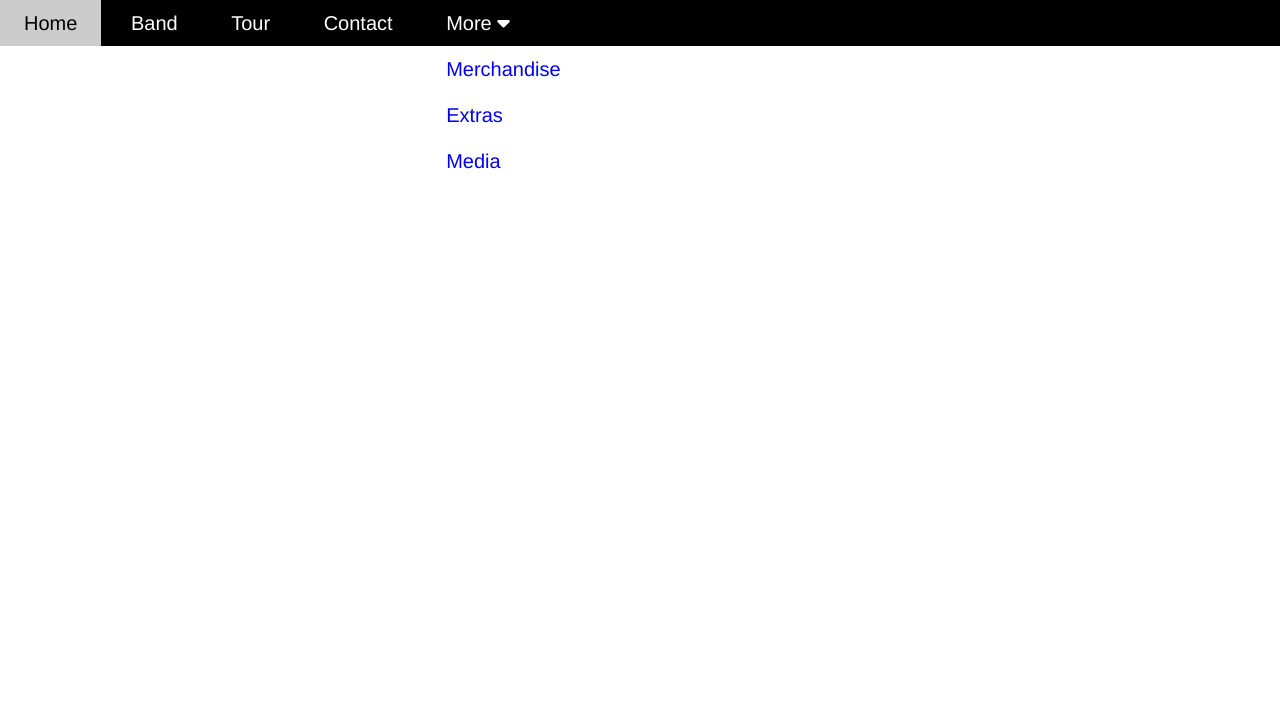
Repository: nugort/nugort.github.io
Page: f8/the-band/index.html
The author's editor kept a copy of each file at every save. The page is drawn from the files as they stood at one save, then again after the next save.
The browser window is 1280 px wide. The pictures show the whole page.
Some web libraries are served in a nearby version.

Above is the page before, as saved 2022-02-07 04:32:59.

### f8/the-band/index.html
<!DOCTYPE html>
<html lang="en">

<head>
    <meta charset="UTF-8">
    <meta http-equiv="X-UA-Compatible" content="IE=edge">
    <meta name="viewport" content="width=device-width, initial-scale=1.0">
    <title>Document</title>
    <script src="https://kit.fontawesome.com/28e152e343.js" crossorigin="anonymous"></script>
    <link rel="stylesheet" href="./assets/css/styles.css">
</head>

<body>
    <div id="main">
        <div id="header">
            <ul id="nav">
                <li>
                    <a href="#">Home</a>
                </li>

                <li>
                    <a href="#">Band</a>
                </li>

                <li>
                    <a href="#">Tour</a>
                </li>

                <li>
                    <a href="#">Contact</a>
                </li>

                <li>
                    <a href="#">More <i class="fas fa-caret-down"></i></a>
                    <ul class="subnav">
                        <li>
                            <a href="#">Merchandise</a>
                        </li>

                        <li>
                            <a href="#">Extras</a>
                        </li>

                        <li>
                            <a href="#">Media</a>
                        </li>
                    </ul>
                </li>
            </ul>
        </div>

        <div id="slider">

        </div>

        <div id="content">

        </div>

        <div id="footer">

        </div>
    </div>
</body>

</html>

### f8/the-band/assets/css/styles.css
/* 3 kiểu dùng css
- inline (phèn)
- internal (cũng phèn)
-external (đúng đúng đúng) */

/* Các đơn vị hay dùng
* Absolute units
- px
- pt
- cm
- mm
- inch
- picture

* Relative units
- %
- rem (bằng kích cỡ chữ của thẻ html - mặc định là 16px)
- em  (bằng kích cỡ chữ của thẻ cha chứa nó gần nhất có set font-size)
- vw (chiều rộng bằng chiều ngang của màn hình hiển thị)
- vh (chiều cao bằng chiều dọc của màn hình hiển thị) */

/* Hàm trong css
- var(): gọi biến vào
- linearGradient()
- rgba()
- rgb
- calc(): tính toán
- attr() */

/* Pseudo-classes (lớp giả) */

:root {
    --text-color: #FFFFFF;
    --background-color: #00171F;
    --button-color: #003459;
    --other-color: #007EA7;
    --button-2nd-color: #00A8E8;
}  /* Đặt biến giống trong ngôn ngữ lập trình khác thôi =))) */

* {
    box-sizing: border-box;
    margin: 0;
    padding: 0;
} /* reset css */

html {
    font-family: Helvetica, sans-serif;
    font-size: 20px;
}
/*
Chọn cùng lúc nhiều Class, ID đưa qua css
Bôi đen điểm chung -> CTRL +  SHIFT + L -> Mũi tên qua phải ( > ) -> CTRL + SHIFT + ( > ) -> CTRL + C
-> Qua file css paste -> ALT + CLICK  -> # -> CTRL + ( > ) -> {}
 */

/*
1. Làm từ ngoài vào trong
2. Làm từ trên xuống dưới
3. Từ tổng quan đến chi tiết
*/

/*
1. Vị trí (Vị trí các phần; Header, Content, ...)
2. Kích thước
3. Màu sắc
4. Styles (Fonts chữ, tròn, vuông, ...)
*/

#main{

}

#header{
    background-color: black;
    height: 46px;
}

#nav li {
    display: inline-block;
    position: relative;
}

#nav> li > a {
    color: #FFFFFF;
}

#nav li a {
    text-decoration: none;
    line-height: 46px;
    padding: 0px 24px;
    /* padding: 12px 24px; */
}

#nav li:hover a {
    display: inline-block;
    color: #000;
    background-color: #CCC;
}

#nav .subnav {
    /* display: none; */
    position: absolute;
    background-color: #FFF;
    color: #000;
}

#nav .subnav

#slider {
    height: 100vh;
    background-color: #333;
}

#content {

}

#footer {

}

After the next save:
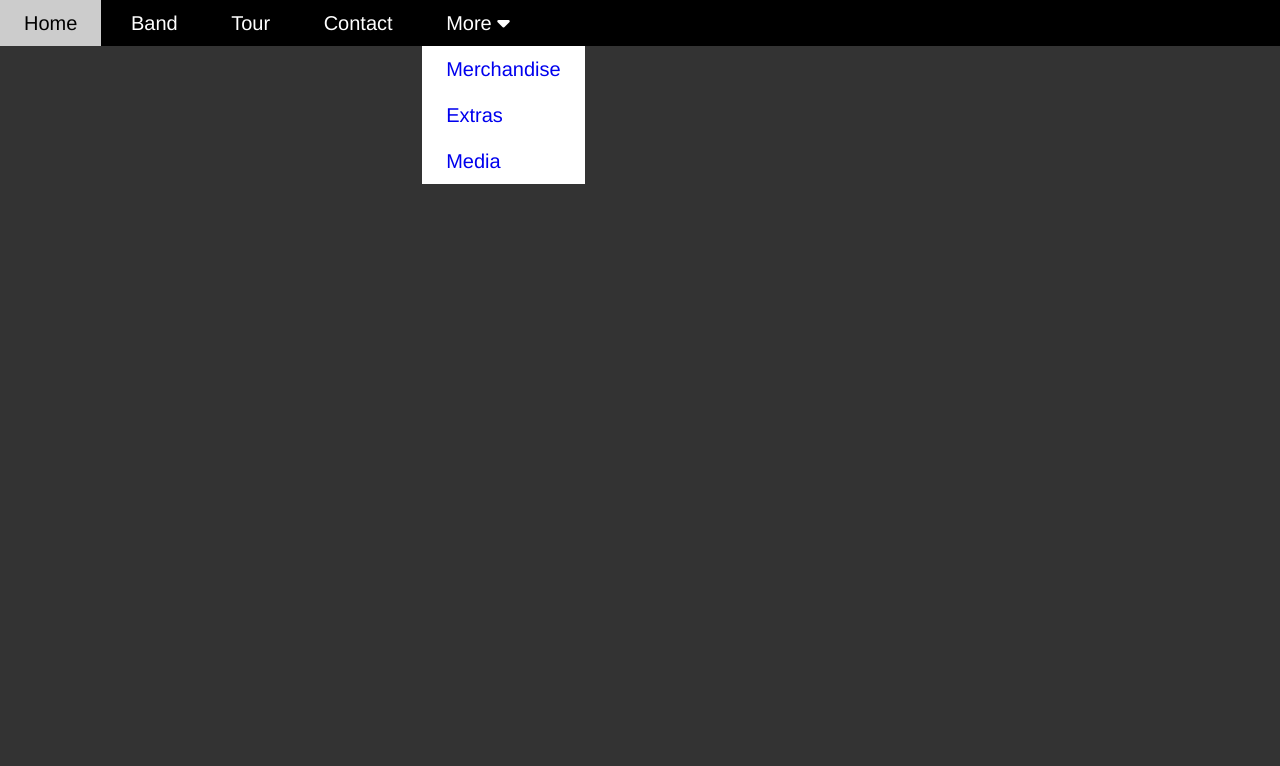
Saved 10 s later.
--- a/f8/the-band/assets/css/styles.css
+++ b/f8/the-band/assets/css/styles.css
@@ -104,7 +104,9 @@ Bôi đen điểm chung -> CTRL +  SHIFT + L -> Mũi tên qua phải ( > ) -> CT
     color: #000;
 }
 
-#nav .subnav
+#nav .subnav a {
+
+}
 
 #slider {
     height: 100vh;
